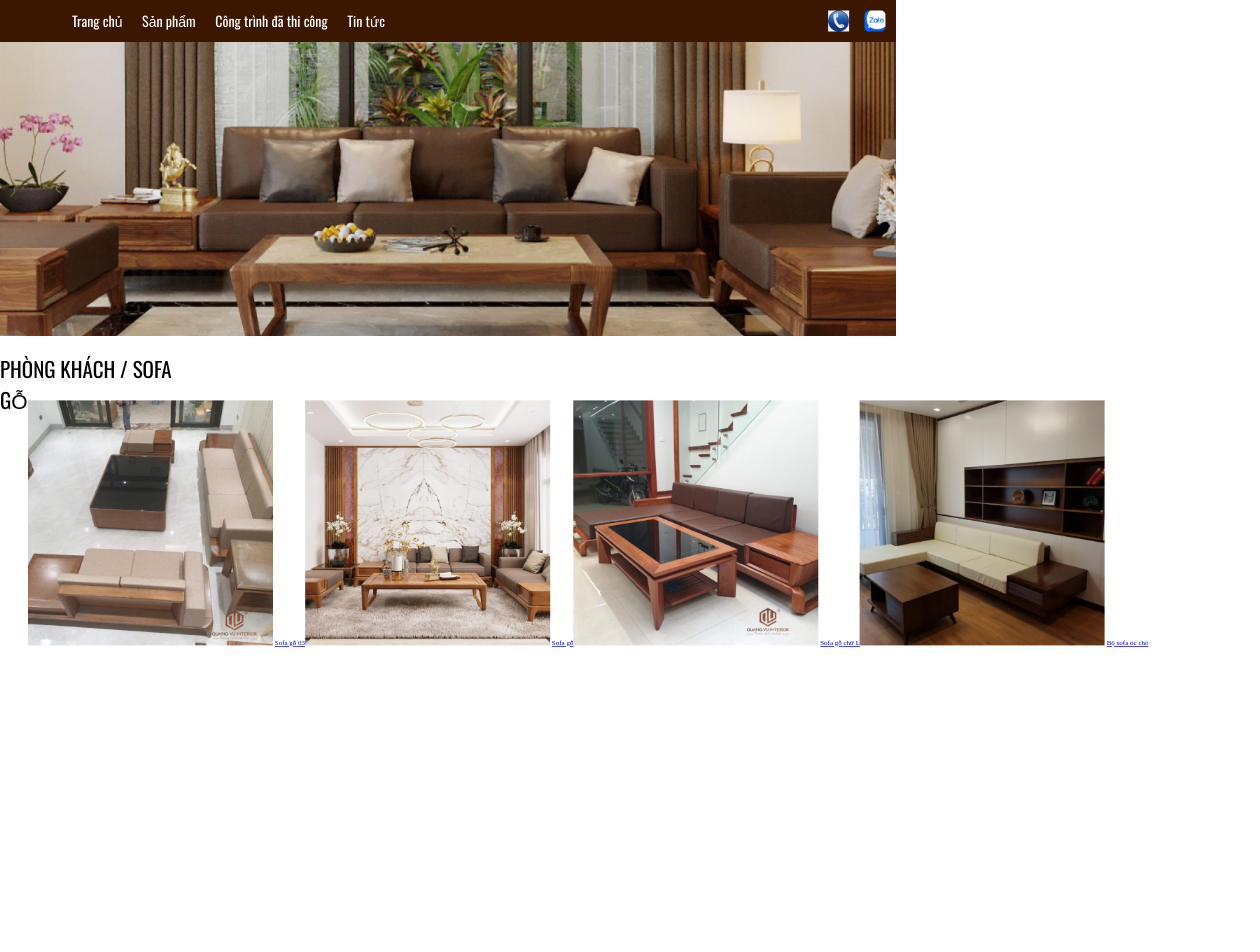
Repository: KHANHD192/FigmaTo-HTML
Page: APP-SHOP/index.html
These files come from the project's save history. The page is drawn as it stood at one moment and after the next save; the edit follows.
The browser window is 1280 px wide. The page is 1800 px wide, so the pictures cover 1800 px, including what lies to the right of the window. The pictures show the part of the page from y = 0 to 1360 px (the page is 4340 px tall before and 4376 px after), at 70% of full size.

Above is the page before, as saved 2022-11-21 12:59:04.

### APP-SHOP/index.html
<!DOCTYPE html>
<html lang="en">
<head>
    <meta charset="UTF-8">
    <meta http-equiv="X-UA-Compatible" content="IE=edge">
    <meta name="viewport" content="width=device-width, initial-scale=1.0">
    <title>APP-SHOP</title>
    <link rel="stylesheet" href="https://cdnjs.cloudflare.com/ajax/libs/normalize/8.0.1/normalize.min.css" integrity="sha512-NhSC1YmyruXifcj/KFRWoC561YpHpc5Jtzgvbuzx5VozKpWvQ+4nXhPdFgmx8xqexRcpAglTj9sIBWINXa8x5w==" crossorigin="anonymous" referrerpolicy="no-referrer" />
    <link rel="stylesheet" href="./asset/Css_main/base.css">
    <link rel="stylesheet" href="./asset/Css_main/main.css">
    <link rel="preconnect" href="https://fonts.googleapis.com">
     <link rel="preconnect" href="https://fonts.gstatic.com" crossorigin>
</head>
<body>
    <div class="app">
         <header class="app__header">
                 <div class="header__nav-bar">
                    <ul class="nav-bar__item">
                        <li>
                            <a href="./index.html" class="nav-bar__item-link">Trang chủ</a>
                        </li>
                        <li>
                            <a href="#" class="nav-bar__item-link">Sản phẩm</a>
                        </li>
                        <li>
                            <a href="./ctdtc.html" class="nav-bar__item-link">Công trình đã thi công</a>
                        </li>
                        <li>
                            <a href="./tintuc.html" class="nav-bar__item-link">Tin tức</a>
                        </li>
                    </ul>
                    <ul class="nav-bar__icon">
                        <li>
                            <img src="./asset/IMG/image 3.png" alt="" class="logo">
                        </li>
                        <li>
                            <img src="./asset/IMG/image 2.png" alt="" class="logo">
                        </li>
                    </ul>
                 </div>
                 <div class="header__background">
                     <img src="./asset/IMG/image 4.png" alt="background">
                 </div>
         </header>
     <div class="app__container">
        <div class="container__collect">
            <div class="collect1">
                <h2 class="title">PHÒNG KHÁCH / SOFA GỖ</h2>
                <ul class="list__item">
                    <li>
                        <img src="./asset/IMG/image 5.png" alt="" class="item__image">
                        <a href="https://noithatquangvu.vn/san-pham/sofa-go-3/" class="item__image-link">Sofa gỗ 03</a>
                    </li>
                    <li>
                        <img src="./asset/IMG/image 5 (1).png" alt="" class="item__image">
                        <a href="https://noithatquangvu.vn/san-pham/sofa-go/" class="item__image-link">Sofa gỗ</a>
                    </li>
                    <li>
                        <img src="./asset/IMG/image 6.png" alt="" class="item__image">
                        <a href="https://noithatquangvu.vn/san-pham/sofa-go-chu-l/" class="item__image-link">Sofa gỗ chữ L</a>
                    </li>
                    <li>
                        <img src="./asset/IMG/image 6 (1).png" alt="" class="item__image">
                        <a href="https://noithatquangvu.vn/san-pham/bo-sofa-go-oc-cho-ms10/" class="item__image-link">Bộ sofa óc chó</a>
                    </li>

                </ul>
            </div>
        </div>
     </div>
     <footer class="app__footer">

     </footer>
    </div>
</body>
</html>

### APP-SHOP/asset/Css_main/base.css
@import url('https://fonts.googleapis.com/css2?family=Oswald&family=Roboto:wght@100&display=swap');
/* header */
html{
    font-size: 62.5%;
    box-sizing: border-box;
}
.app{
    max-width: 1800px;
}
.app__header{

}
.header__nav-bar{
      display: flex;
      justify-content: space-between;
      height: 60px;
      background-color: #3C1700;;
}
.nav-bar__item {
    width: 603px;
    height: 30px;
    list-style: none;
    display: flex;
    font-family: 'Oswald', sans-serif;
    font-size: 20px;
    line-height: 29.64px;
    margin-top: 15px;
    margin-bottom: 15px ;
    margin-left: 63px;
}
.nav-bar__item-link{
    text-decoration: none;
    color: #FFFFFF;
    margin-right: 28px;
}
.header__nav-bar:not(:last-child){
    margin-right: 0;
}
.nav-bar__icon{
    list-style: none;
    display: flex;
    margin-top: 15px;
    margin-bottom: 15px ;
    margin-right: 15px;
}
.logo{
    width: 30px;
    height: 30px;
}
.logo:last-child{
    margin-left: 22px;
}
.header__background{
    width:100%;
    height: 420px;
}
.header__background img{
    width: 100%;
    height: 100%;
    object-fit: cover;
}
/* footer */

### APP-SHOP/asset/Css_main/main.css
.app__container{
  width: 1800px;
    height: 3835px;
}
.collect1 h2{
    width: 285px;
    height: 42px;
    font-family: 'Oswald', sans-serif;
    font-weight: 400;
    font-size: 30px;
    line-height: 44.46px;
    color: #000000;
    position: relative;
}
.collect1 h2::after{
    content: "";
    position: absolute;
    max-width: 1635px;
    height: 4px;
    background-color: #D9D9D9;
    left:0;
    bottom: -10px;

}
.collect1 .list__item{
    list-style: none;
    display: flex;
}

After the next save:
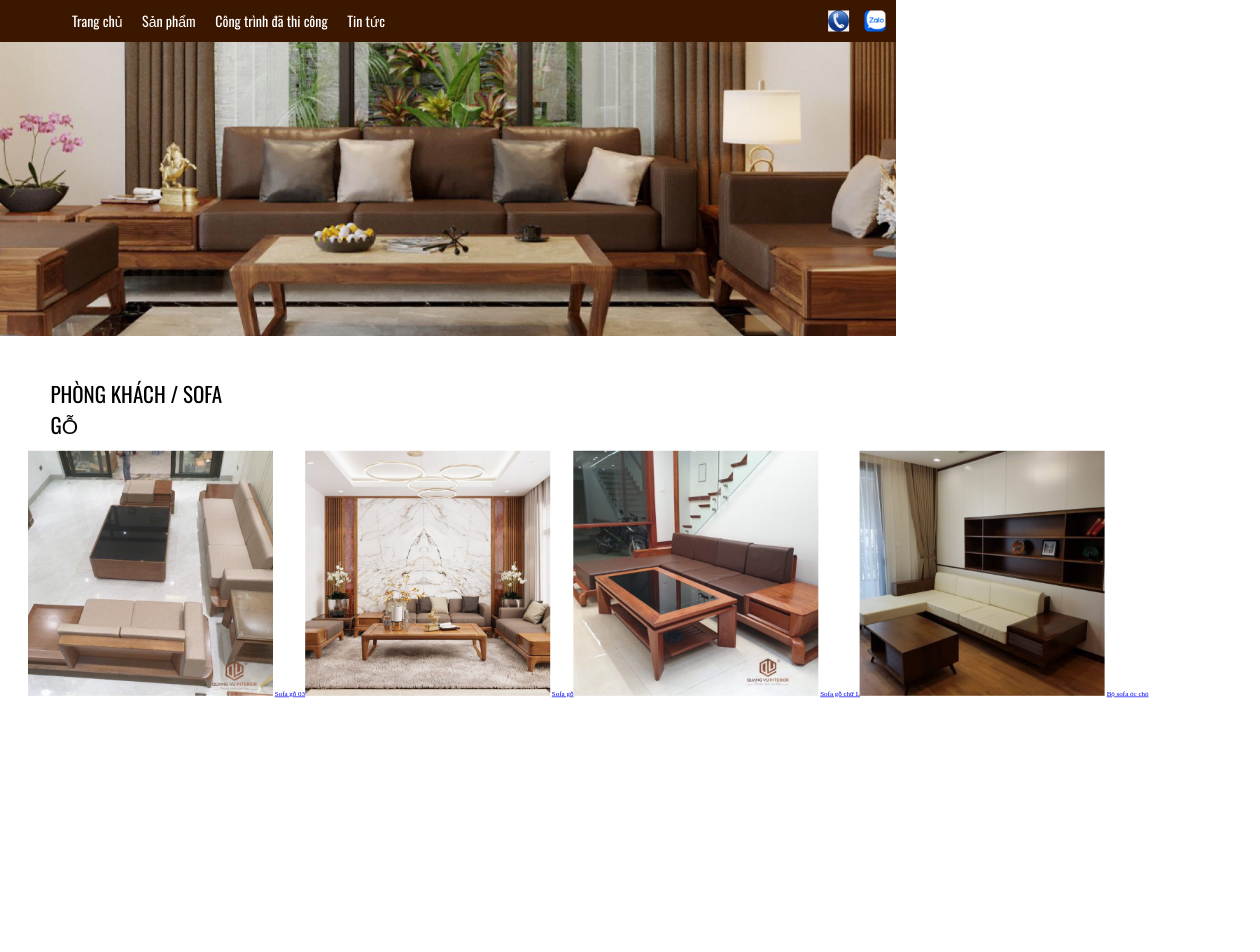
Saved 2 min 6 s later.
--- a/APP-SHOP/asset/Css_main/main.css
+++ b/APP-SHOP/asset/Css_main/main.css
@@ -11,6 +11,9 @@
     line-height: 44.46px;
     color: #000000;
     position: relative;
+    margin-top: 61px;
+    margin-bottom: 61px;
+    margin-left: 72px;
 }
 .collect1 h2::after{
     content: "";
